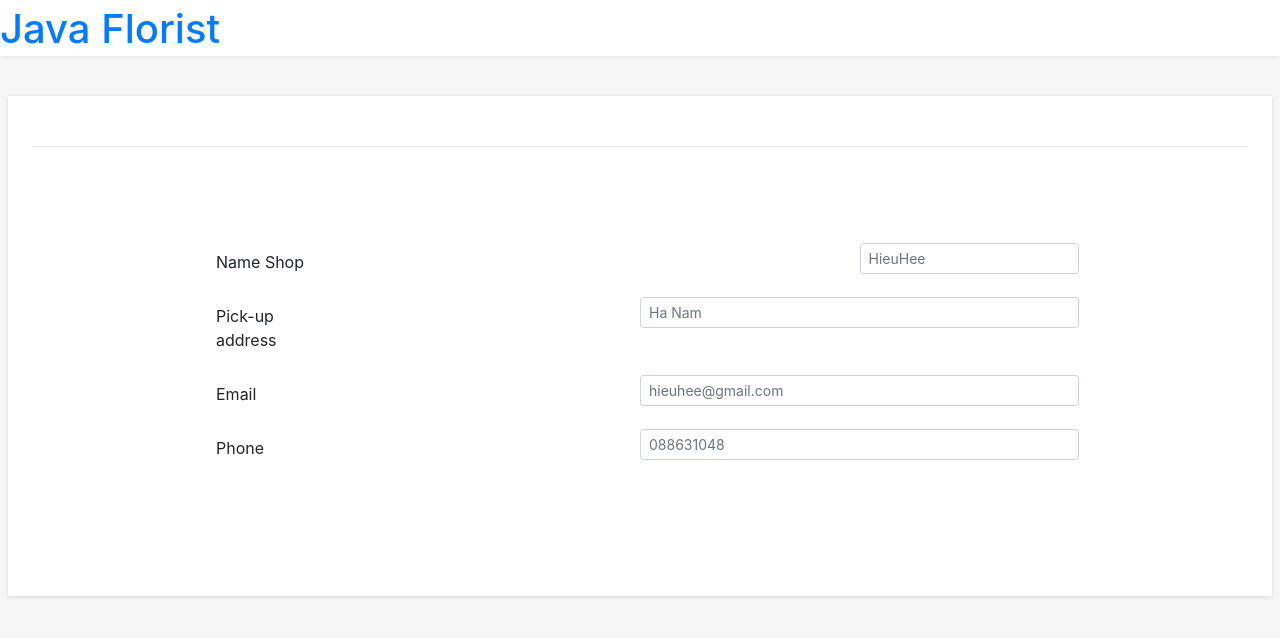
Repository: hienttm/flower-java-florist
Page: JavaFlorist/JavaFlorist/wwwroot/BecomePartner/index.html
The author's editor kept a copy of each file at every save. The page is drawn from the files as they stood at one save, then again after a run of saves.
The browser window is 1280 px wide. The pictures show the whole page.
Some web libraries are served in a nearby version.

Above is the page before, as saved 2023-12-29 18:03:25.

### JavaFlorist/JavaFlorist/wwwroot/BecomePartner/index.html
<!DOCTYPE html>
<html lang="en">
<head>
    <meta charset="UTF-8">
    <meta name="viewport" content="width=device-width, initial-scale=1.0">
    <title>Document</title>
        <!-- Google Web Fonts -->
        <link rel="preconnect" href="https://fonts.googleapis.com">
        <link rel="preconnect" href="https://fonts.gstatic.com" crossorigin>
        <link href="https://fonts.googleapis.com/css2?family=Open+Sans:wght@400;600&family=Raleway:wght@600;800&display=swap" rel="stylesheet">

        <!-- Icon Font Stylesheet -->
        <link rel="stylesheet" href="https://use.fontawesome.com/releases/v5.15.4/css/all.css" />
        <link href="https://cdn.jsdelivr.net/npm/bootstrap-icons@1.4.1/font/bootstrap-icons.css" rel="stylesheet">

            <!-- Customized Bootstrap Stylesheet -->
            <link rel="stylesheet" href="https://cdn.jsdelivr.net/npm/bootstrap@4.0.0/dist/css/bootstrap.min.css" integrity="sha384-Gn5384xqQ1aoWXA+058RXPxPg6fy4IWvTNh0E263XmFcJlSAwiGgFAW/dAiS6JXm" crossorigin="anonymous">
        <link rel="stylesheet" href="style/Partner.css">
</head>
<body>
    <!-- Spinner Start -->
    <div class="onboarding-page">
        <div class="header">
            <a asp-action="Index" asp-controller="Home" class="navbar-brand"><h1 class="text-primary display-6"> Java Florist</h1></a>
        </div>
        <div class="onboarding">
            <div class="onboarding-layout__main">
                <div class="onboarding-layout__content onboarding-layout__card">
                    <div class="flow-step-content">
                        <div class="steps-header"></div>
                        <div class="form-input">
                            <form class="p-5">
                                <div class="form-group row justify-content-between">
                                  <label for="text" class="col-sm-2 col-form-label">Name Shop</label>
                                  <div class="w-25">
                                    <input class="form-control form-control-sm" type="text" placeholder="HieuHee">
                                  </div>
                                </div>
                                <div class="form-group row justify-content-between">
                                  <label for="text" class="col-sm-2 col-form-label">Pick-up address</label>
                                  <div class="w-50">
                                    <input type="text" class="form-control form-control-sm"  placeholder="Ha Nam">
                                  </div>
                                </div>
                                <div class="form-group row justify-content-between">
                                    <label for="Email" class="col-sm-2 col-form-label">Email</label>
                                    <div class="w-50">
                                      <input type="email" class="form-control form-control-sm"  placeholder="hieuhee@gmail.com">
                                    </div>
                                  </div>
                                  <div class="form-group row justify-content-between">
                                    <label for="phone" class="col-sm-2 col-form-label">Phone</label>
                                    <div class="w-50">
                                        <input type="phone" class="form-control form-control-sm"  placeholder="088631048">
                                    </div>
                                  </div>
                              </form>
                        </div>
                    </div>

                </div>
            </div>
        </div>
    </div>


        <!-- JavaScript Libraries -->
        <script src="https://ajax.googleapis.com/ajax/libs/jquery/3.6.4/jquery.min.js"></script>
        <script src="https://cdn.jsdelivr.net/npm/bootstrap@5.0.0/dist/js/bootstrap.bundle.min.js"></script>
</body>
</html>

### JavaFlorist/JavaFlorist/wwwroot/BecomePartner/style/Partner.css
*,
*:before,
*:after {
  box-sizing: border-box;
}
* {
  margin: 0;
  padding: 0;
  font: inherit;
}
img,
picture,
svg,
video {
  display: block;
  max-width: 100%;
}
input,
select,
textarea {
  background-color: transparent;
  outline: none;
}
button {
  cursor: pointer;
  background-color: transparent;
  outline: none;
  border: 0;
}
body {
  min-height: 100vh;
  font-weight: 400;
  font-size: 16px;
  line-height: 1;
}

.onboarding-page{
    padding-top: 56px;
    min-width: 1264px;
    margin: 0 auto;
}
.header{
    position: fixed;
    top: 0;
    left: 0;
    width: 100%;
    height: 56px;
    box-shadow: 0 1px 4px 0 rgba(0,0,0,.07);
    background-color: #fff;
    z-index: 100001;
}

.navbar-brand{
    color: #CDB4DB !important;
}
.onboarding {
    min-height: calc(100vh - 56px - 40px);
    padding-bottom: 40px;
    background-color: #f6f6f6;
    }

.onboarding-layout__main {
        padding-top: 40px;
}

.onboarding-layout__card {
    width: 1264px;
    margin: 0 auto;
    height: 500px;
    background-color: #fff;
    box-shadow: 0 1px 4px 0 rgba(0,0,0,.12);
    }

    .flow-step-content{
        padding: 50px 24px;
    }
    .steps-header{
        border-bottom: 1px solid #e5e5e5;
    }

    .form-input{
        max-width: 944px;
        margin: 48px auto 40px;
        min-height: 198px;
}

After the next 2 saves:
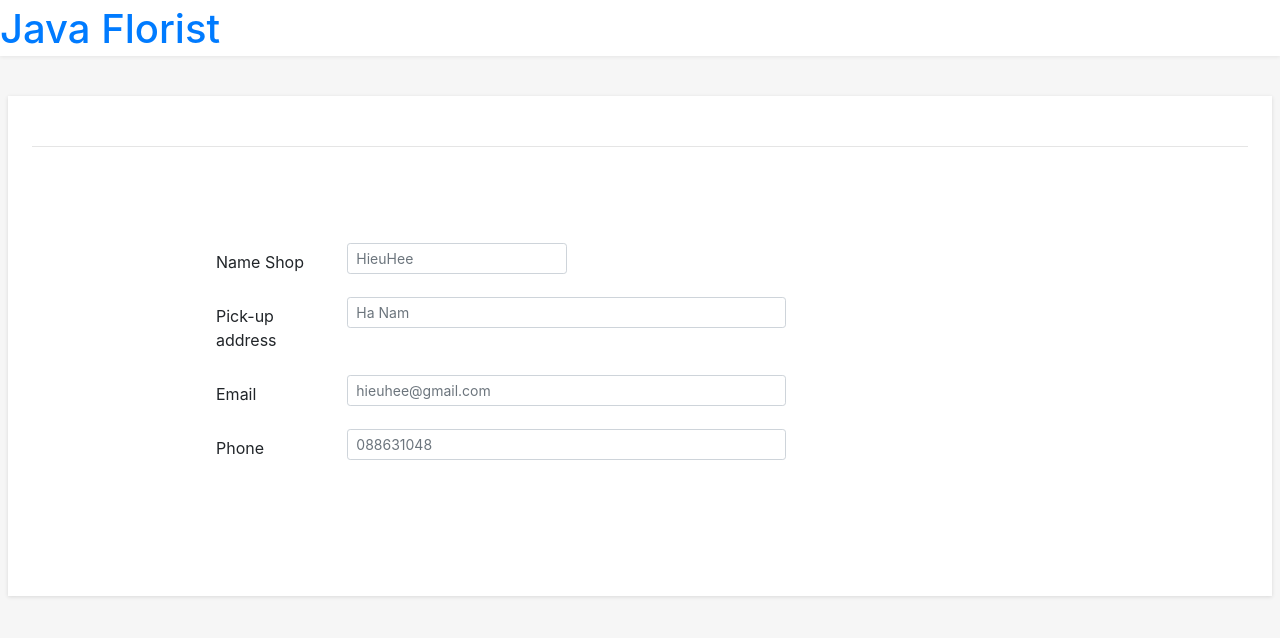
The 2 saves are shown as one change because they came seconds apart.
The last was saved 11 s later.
--- a/JavaFlorist/JavaFlorist/wwwroot/BecomePartner/index.html
+++ b/JavaFlorist/JavaFlorist/wwwroot/BecomePartner/index.html
@@ -30,25 +30,25 @@
                         <div class="steps-header"></div>
                         <div class="form-input">
                             <form class="p-5">
-                                <div class="form-group row justify-content-between">
+                                <div class="form-group row">
                                   <label for="text" class="col-sm-2 col-form-label">Name Shop</label>
                                   <div class="w-25">
                                     <input class="form-control form-control-sm" type="text" placeholder="HieuHee">
                                   </div>
                                 </div>
-                                <div class="form-group row justify-content-between">
+                                <div class="form-group row">
                                   <label for="text" class="col-sm-2 col-form-label">Pick-up address</label>
                                   <div class="w-50">
                                     <input type="text" class="form-control form-control-sm"  placeholder="Ha Nam">
                                   </div>
                                 </div>
-                                <div class="form-group row justify-content-between">
+                                <div class="form-group row">
                                     <label for="Email" class="col-sm-2 col-form-label">Email</label>
                                     <div class="w-50">
                                       <input type="email" class="form-control form-control-sm"  placeholder="hieuhee@gmail.com">
                                     </div>
                                   </div>
-                                  <div class="form-group row justify-content-between">
+                                  <div class="form-group row">
                                     <label for="phone" class="col-sm-2 col-form-label">Phone</label>
                                     <div class="w-50">
                                         <input type="phone" class="form-control form-control-sm"  placeholder="088631048">
